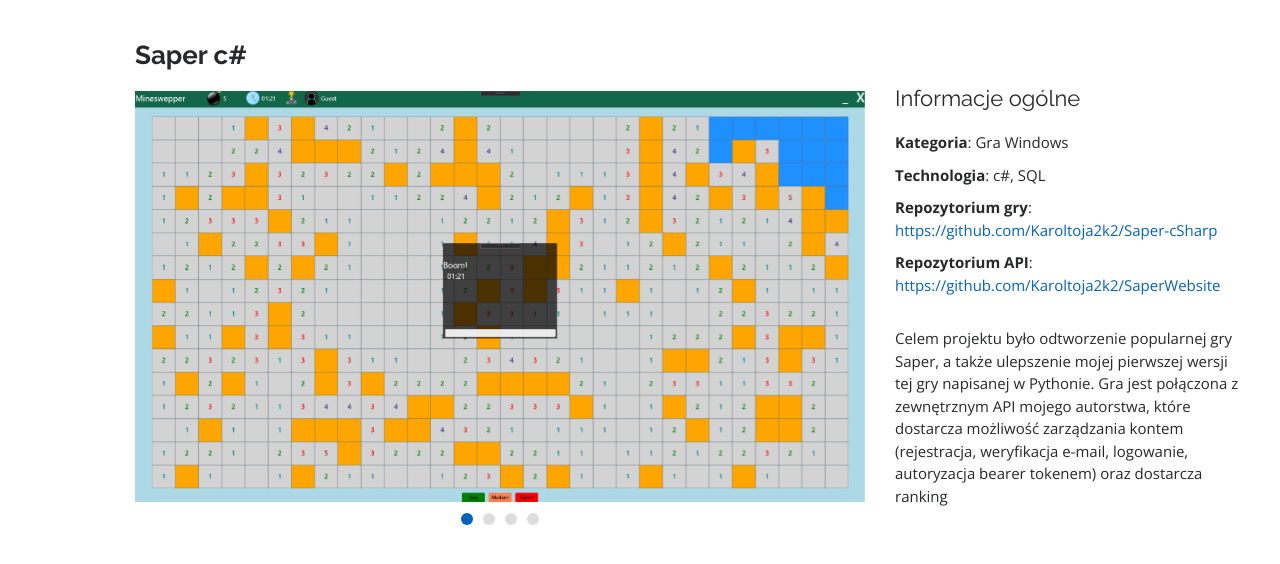
Repository: Karoltoja2k2/MyResume
Page: mineswepperC#-details.html
An editor plug-in stored every save of this project. The page is shown before and after a run of saves, followed by the edit.
The browser window is 1280 px wide. The pictures show the whole page.
Pictures or frames that could not be fetched are drawn as grey boxes.

Above is the page before, as saved 2020-06-21 14:53:33.

### mineswepperC#-details.html
<!DOCTYPE html>
<html lang="en">

<head>
  <meta charset="utf-8">
  <meta content="width=device-width, initial-scale=1.0" name="viewport">

  <title>Saper c#</title>
  <meta content="" name="descriptison">
  <meta content="" name="keywords">

  <!-- Favicons -->
  <link href="assets/img/favicon.png" rel="icon">
  <link href="assets/img/apple-touch-icon.png" rel="apple-touch-icon">

  <!-- Google Fonts -->
  <link href="https://fonts.googleapis.com/css?family=Open+Sans:300,300i,400,400i,600,600i,700,700i|Raleway:300,300i,400,400i,500,500i,600,600i,700,700i|Poppins:300,300i,400,400i,500,500i,600,600i,700,700i" rel="stylesheet">

  <!-- Vendor CSS Files -->
  <link href="assets/vendor/bootstrap/css/bootstrap.min.css" rel="stylesheet">
  <link href="assets/vendor/icofont/icofont.min.css" rel="stylesheet">
  <link href="assets/vendor/boxicons/css/boxicons.min.css" rel="stylesheet">
  <link href="assets/vendor/venobox/venobox.css" rel="stylesheet">
  <link href="assets/vendor/owl.carousel/assets/owl.carousel.min.css" rel="stylesheet">
  <link href="assets/vendor/aos/aos.css" rel="stylesheet">

  <!-- Template Main CSS File -->
  <link href="assets/css/style.css" rel="stylesheet">

  <!-- =======================================================
  * Template Name: MyResume - v2.0.0
  * Template URL: https://bootstrapmade.com/free-html-bootstrap-template-my-resume/
  * Author: BootstrapMade.com
  * License: https://bootstrapmade.com/license/
  ======================================================== -->
</head>

<body>

  <main id="main">

    <!-- ======= Portfolio Details ======= -->
    <section id="portfolio-details" class="portfolio-details">
      <div class="container" data-aos="fade-up">

        <div class="row">

          <div class="col-lg-8">
            <h2 class="portfolio-title">Saper c#</h2>
            <div class="owl-carousel portfolio-details-carousel">
              <img src="assets/img/portfolio/saper4.png" class="img-fluid" alt="">
              <img src="assets/img/portfolio/saper2.png" class="img-fluid" alt="">
              <img src="assets/img/portfolio/saper3.png" class="img-fluid" alt="">

              <iframe src="https://www.youtube.com/embed/J8SvmkNxbS8" style="position: relative; width: 100%; height: 400px;" frameborder="0" allow="accelerometer; autoplay; encrypted-media; gyroscope; picture-in-picture" allowfullscreen></iframe>
            </div>
          </div>
          <div class="col-lg-4 portfolio-info">
            <h3>Informacje ogólne</h3>
            <ul>
              <li><strong>Kategoria</strong>: Gra Windows</li>
              <li><strong>Technologia</strong>: c#, SQL</li>
              <li><strong>Repozytorium gry</strong>: <a href="https://github.com/Karoltoja2k2/Saper-cSharp"
                  target="_blank">https://github.com/Karoltoja2k2/Saper-cSharp</a></li>
              <li><strong>Repozytorium API</strong>: <a href="https://github.com/Karoltoja2k2/SaperWebsite"
                target="_blank">https://github.com/Karoltoja2k2/SaperWebsite</a></li>
            </ul>

            <p>
              Celem projektu było odtworzenie popularnej gry Saper, a także ulepszenie mojej pierwszej wersji tej gry napisanej w Pythonie.
              Gra jest połączona z zewnętrznym API mojego autorstwa, które dostarcza możliwość zarządzania kontem (rejestracja, weryfikacja e-mail,
              logowanie, autoryzacja bearer tokenem) oraz dostarcza ranking
            </p>
          </div>

        </div>

      </div>
    </section><!-- End Portfolio Details -->

  </main><!-- End #main -->

  <a href="#" class="back-to-top"><i class="bx bx-up-arrow-alt"></i></a>
  <div id="preloader"></div>

  <!-- Vendor JS Files -->
  <script src="assets/vendor/jquery/jquery.min.js"></script>
  <script src="assets/vendor/bootstrap/js/bootstrap.bundle.min.js"></script>
  <script src="assets/vendor/jquery.easing/jquery.easing.min.js"></script>
  <script src="assets/vendor/php-email-form/validate.js"></script>
  <script src="assets/vendor/waypoints/jquery.waypoints.min.js"></script>
  <script src="assets/vendor/counterup/counterup.min.js"></script>
  <script src="assets/vendor/isotope-layout/isotope.pkgd.min.js"></script>
  <script src="assets/vendor/venobox/venobox.min.js"></script>
  <script src="assets/vendor/owl.carousel/owl.carousel.min.js"></script>
  <script src="assets/vendor/typed.js/typed.min.js"></script>
  <script src="assets/vendor/aos/aos.js"></script>

  <!-- Template Main JS File -->
  <script src="assets/js/main.js"></script>

</body>

</html>

Loaded but not shown: assets/vendor/bootstrap/css/bootstrap.min.css (library); assets/vendor/icofont/icofont.min.css (library); assets/vendor/boxicons/css/boxicons.min.css (library); assets/vendor/venobox/venobox.css (library); assets/vendor/owl.carousel/assets/owl.carousel.min.css (library); assets/vendor/aos/aos.css (library); assets/vendor/jquery/jquery.min.js (library); assets/vendor/bootstrap/js/bootstrap.bundle.min.js (library); assets/vendor/jquery.easing/jquery.easing.min.js (common file); assets/vendor/php-email-form/validate.js (library); assets/vendor/waypoints/jquery.waypoints.min.js (library); assets/vendor/counterup/counterup.min.js (common file); assets/vendor/isotope-layout/isotope.pkgd.min.js (library); assets/vendor/venobox/venobox.min.js (library); assets/vendor/owl.carousel/owl.carousel.min.js (library); assets/vendor/typed.js/typed.min.js (library); assets/vendor/aos/aos.js (library); assets/js/main.js (179 lines, source omitted); assets/css/style.css (1167 lines, source omitted)

After the next 2 saves:
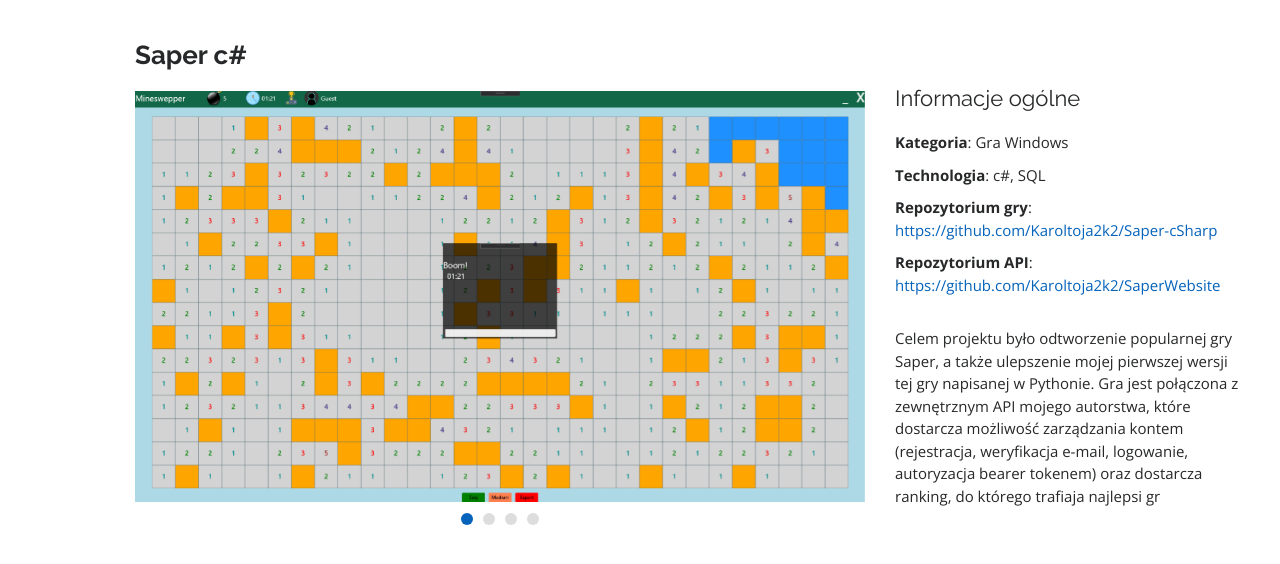
The 2 saves are shown as one change because they came seconds apart.
The last was saved 19 s later.
--- a/mineswepperC#-details.html
+++ b/mineswepperC#-details.html
@@ -69,7 +69,7 @@
             <p>
               Celem projektu było odtworzenie popularnej gry Saper, a także ulepszenie mojej pierwszej wersji tej gry napisanej w Pythonie.
               Gra jest połączona z zewnętrznym API mojego autorstwa, które dostarcza możliwość zarządzania kontem (rejestracja, weryfikacja e-mail,
-              logowanie, autoryzacja bearer tokenem) oraz dostarcza ranking
+              logowanie, autoryzacja bearer tokenem) oraz dostarcza ranking, do którego trafiaja najlepsi gr
             </p>
           </div>
 

After the save that followed:
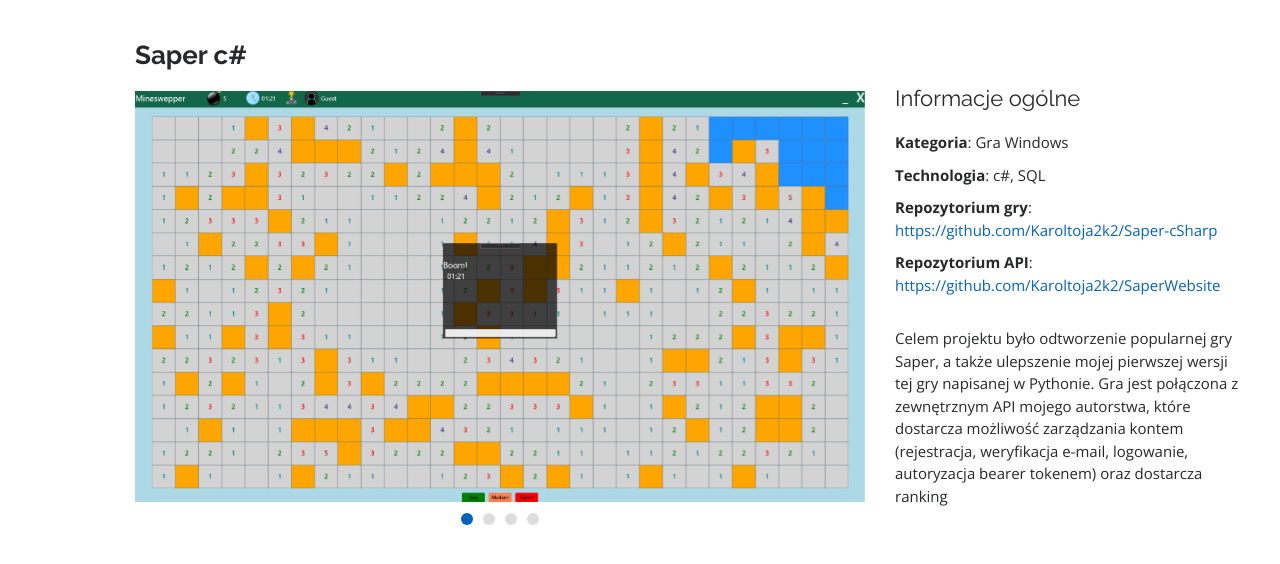
Saved 19 s later.
--- a/mineswepperC#-details.html
+++ b/mineswepperC#-details.html
@@ -69,7 +69,7 @@
             <p>
               Celem projektu było odtworzenie popularnej gry Saper, a także ulepszenie mojej pierwszej wersji tej gry napisanej w Pythonie.
               Gra jest połączona z zewnętrznym API mojego autorstwa, które dostarcza możliwość zarządzania kontem (rejestracja, weryfikacja e-mail,
-              logowanie, autoryzacja bearer tokenem) oraz dostarcza ranking, do którego trafiaja najlepsi gr
+              logowanie, autoryzacja bearer tokenem) oraz dostarcza ranking
             </p>
           </div>
 
